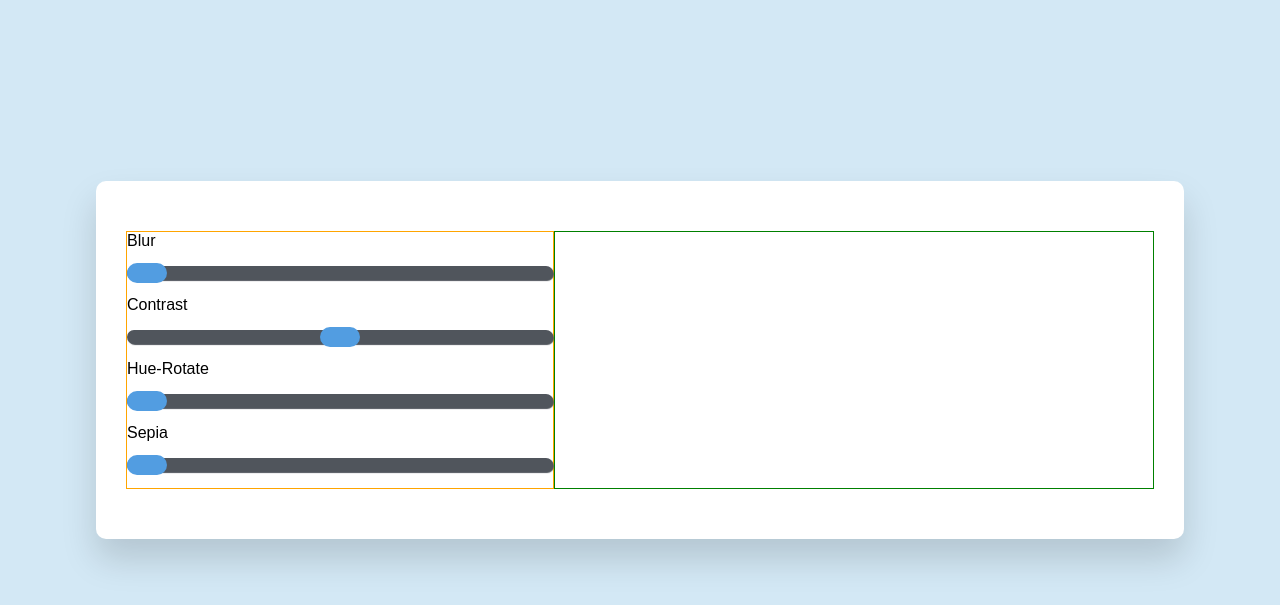
Repository: Larrowo/Challenges
Page: Photo filter/index.html
The author's editor kept a copy of each file at every save. The page is drawn from the files as they stood at one save, then again after the next save.
The browser window is 1280 px wide. The pictures show the whole page.

Above is the page before, as saved 2022-04-01 12:29:00.

After the next save:
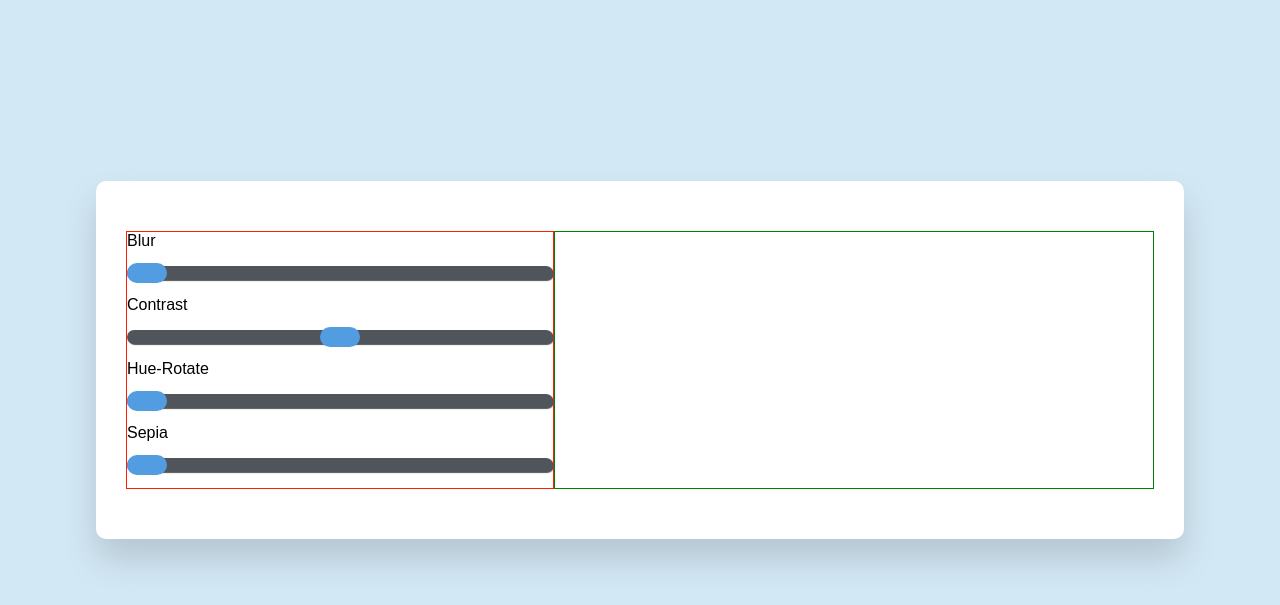
Saved 30 s later.
--- a/Photo filter/style.css
+++ b/Photo filter/style.css
@@ -24,7 +24,7 @@ body{
  }
 
  .editor{
-     border: 1px solid orange;
+     border: 1px solid rgb(255, 30, 0);
      min-height: 35vmin;
      display: flex;
      flex-direction: column;
